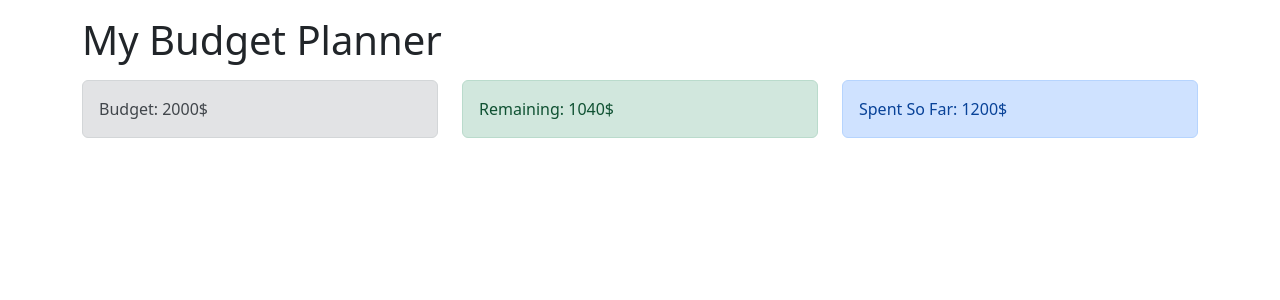
Repository: OmniaRafat232111121/budgetapp
Page: /
These files come from the project's save history. The page is drawn as it stood at one moment and after a run of saves; the edit follows.
The browser window is 1280 px wide. The pictures show the whole page.
The project was rebuilt for these pictures with package versions that can differ from the ones it lists, and the page was loaded fresh each time.

Above is the page before, as saved 2022-10-07 22:00:44.

After the next 15 saves:
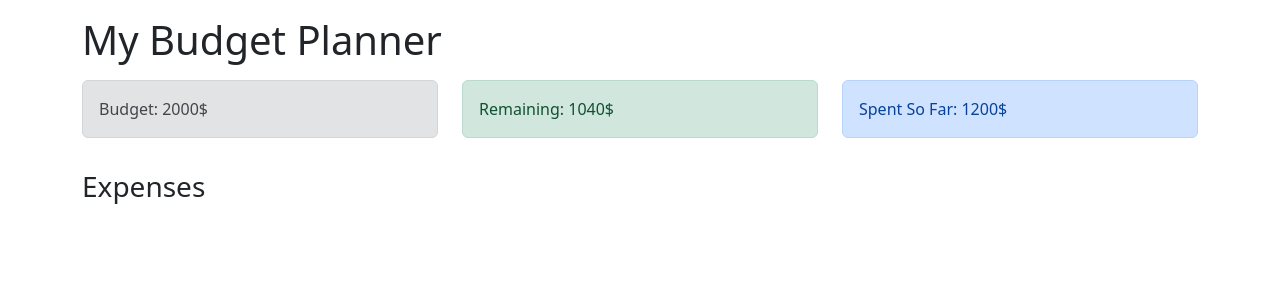
The 15 saves are shown as one change because they came seconds apart.
The last was saved 21 s later.
--- a/src/App.js
+++ b/src/App.js
@@ -18,8 +18,8 @@ function App() {
     <div className='col-sm'>
     <ExpenseTotal/>
     </div>
-
     </div>
+    <h3 className='mt-3'>Expenses</h3>
 
     </div>
   );
